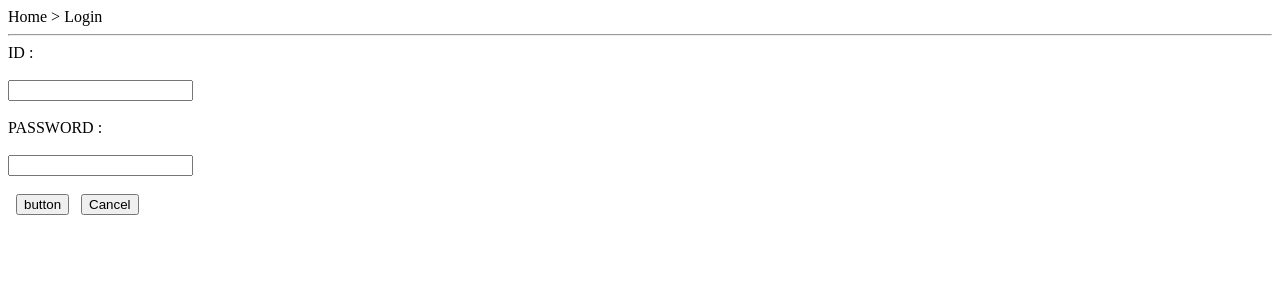
Repository: parkgyutaee/My_JAVA_Project
Page: http://localhost/JSPStudy/form_login.jsp
These files come from the project's save history. The page is drawn as it stood at one moment and after the next save; the edit follows.
The browser window is 1280 px wide. The pictures show the whole page.
The page is served by Tomcat 9.

Above is the page before, as saved 2025-07-10 01:03:08.

After the next save:
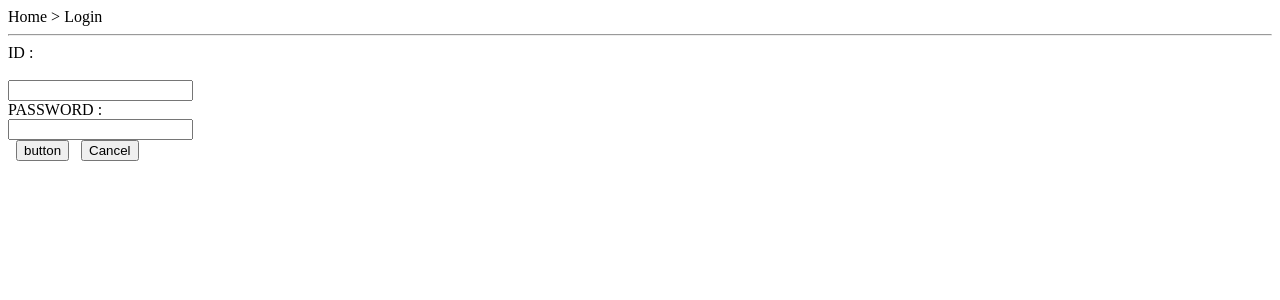
Saved 9 s later.
--- a/Workspace/JSPStudy/src/main/webapp/form_login.jsp
+++ b/Workspace/JSPStudy/src/main/webapp/form_login.jsp
@@ -11,9 +11,9 @@
 	<hr>
 	<form action="#" method = "get">
 	ID : <br><br>
-	<input type = "text"  name = "id" > <br><br>
-	PASSWORD : <br><br>
-	<input type = "password" name = "password"> <br><br>
+	<input type = "text"  name = "id" > <br>
+	PASSWORD : <br>
+	<input type = "password" name = "password"> <br>
 	&nbsp; <input type = "submit"  value = "button"> &nbsp;
 			   <input type = "reset" value = "Cancel">
 
